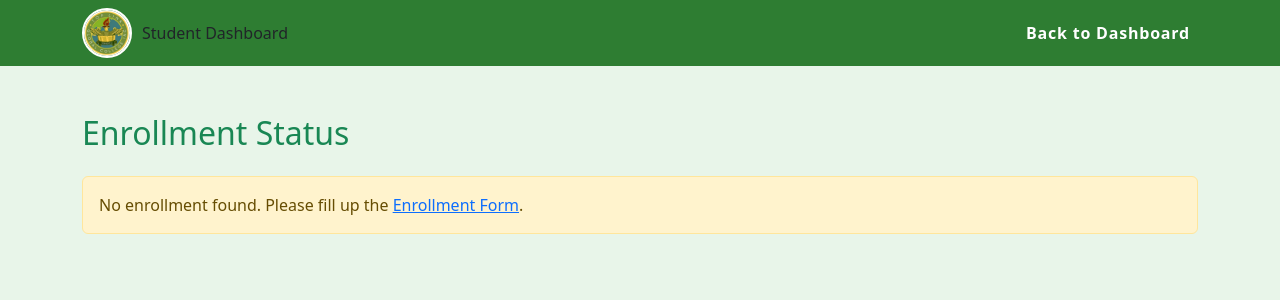
Repository: partymaker01/IT2C_Enrollment_System_SourceCode
Page: http://localhost/IT2C_Enrollment_System_SourceCode/student/MyEnrollAssignUpload/enrollment-status.php
The author's editor kept a copy of each file at every save. The page is drawn from the files as they stood at one save, then again after the next save.
The browser window is 1280 px wide. The pictures show the whole page.
The page is run by PHP 8.4 with error messages shown; the project is at /var/www/html/. Queries for data that is not in the repository find no rows.

Above is the page before, as saved 2025-06-01 23:07:39.

### student/MyEnrollAssignUpload/enrollment-status.php
<?php
session_start();
include '../../db.php';  // FIXED: correct path

$student_id = $_SESSION['student_id'] ?? 1;

$sql = "SELECT * FROM enrollments WHERE student_id = ? ORDER BY date_submitted DESC LIMIT 1";
$stmt = $conn->prepare($sql);
$stmt->bind_param("i", $student_id);
$stmt->execute();
$result = $stmt->get_result();
$enrollment = $result->fetch_assoc();
?>

<!DOCTYPE html>
<html lang="en">
<head>
  <meta charset="UTF-8" />
  <title>Enrollment Status</title>
  <meta name="viewport" content="width=device-width, initial-scale=1" />
  <link href="https://cdn.jsdelivr.net/npm/bootstrap@5.3.2/dist/css/bootstrap.min.css" rel="stylesheet" />
  <link rel="icon" href="favicon.ico" type="image/x-icon">
  <style>
    body {
      background-color: #e8f5e9;
    }
    .navbar {
      background-color: #2e7d32;
    }
    .navbar-brand, .nav-link {
      color: #fff !important;
      font-weight: 600;
      letter-spacing: 0.05em;
    }
    .nav-link:hover {
      color: #c8e6c9 !important;
    }
    .school-logo {
    width: 50px;
    height: 50px;
    object-fit: cover;
    border-radius: 50%;
    margin-right: 10px;
    border: 2px solid #fff;
}

    .badge-pending {
      background-color: #fbc02d;
      color: #000;
    }
    .badge-approved {
      background-color: #43a047;
      color: #fff;
    }
    .badge-rejected {
      background-color: #e53935;
      color: #fff;
    }
  </style>
</head>
<body>
<nav class="navbar navbar-expand-lg">
    <div class="container">
      <img src="/IT2C_Enrollment_System_SourceCode/picture/tlgc_pic.jpg" alt="School Logo" class="school-logo">
        Student Dashboard
      </a>
      <button class="navbar-toggler" type="button" data-bs-toggle="collapse" data-bs-target="#navbarNav"
        aria-controls="navbarNav" aria-expanded="false" aria-label="Toggle navigation">
        <span class="navbar-toggler-icon"></span>
      </button>
      <div class="collapse navbar-collapse" id="navbarNav">
        <ul class="navbar-nav ms-auto">
          <li class="nav-item">
            <a class="nav-link" href="/IT2C_Enrollment_System_SourceCode/student/student-dashboard.php">
              <i class="bi bi-arrow-left"></i> Back to Dashboard
            </a>
          </li>
        </ul>
      </div>
    </div>
  </nav>


<div class="container my-5">
  <h2 class="text-success mb-4">Enrollment Status</h2>

  <?php if ($enrollment): ?>
  <div class="card shadow-sm p-4">
    <div class="row mb-3">
      <div class="col-md-6"><strong>Program:</strong> <?= htmlspecialchars($enrollment['program']) ?></div>
      <div class="col-md-3"><strong>Year:</strong> <?= htmlspecialchars($enrollment['year']) ?></div>
      <div class="col-md-3"><strong>Semester:</strong> <?= htmlspecialchars($enrollment['semester']) ?></div>
    </div>
    <div class="row mb-3">
      <div class="col-md-6"><strong>Section:</strong> <?= htmlspecialchars($enrollment['section']) ?></div>
      <div class="col-md-6"><strong>Date Submitted:</strong> <?= date("F j, Y", strtotime($enrollment['date_submitted'])) ?></div>
    </div>
    <div class="mb-3">
      <strong>Status:</strong>
      <?php
        $status = strtolower($enrollment['status']);
        $badgeClass = match ($status) {
          'approved' => 'badge-approved',
          'pending' => 'badge-pending',
          'rejected' => 'badge-rejected',
          default => 'badge-secondary',
        };
      ?>
      <span class="badge <?= $badgeClass ?>">
        <?= htmlspecialchars($enrollment['status']) ?>
      </span>
    </div>

    <?php if ($status === 'approved'): ?>
      <a href="/IT2C_Enrollment_System_SourceCode/student/history&Profile/Enrollment History.php" class="btn btn-success">
        View / Print Enrollment Slip
      </a>
    <?php elseif ($status === 'rejected'): ?>
      <div class="alert alert-danger mt-3" role="alert">
        <strong>Reason:</strong> <?= htmlspecialchars($enrollment['rejection_reason']) ?>
      </div>
    <?php else: ?>
      <div class="alert alert-warning mt-3" role="alert">
        Your enrollment is still pending. Please wait for approval.
      </div>
    <?php endif; ?>
  </div>
  <?php else: ?>
    <div class="alert alert-warning mt-4" role="alert">
  No enrollment found. Please fill up the
  <a href="/IT2C_Enrollment_System_SourceCode/student/Enrollment/fill-up-enrollment-form.php">Enrollment Form</a>.
</div>

  <?php endif; ?>
</div>

<script src="https://cdn.jsdelivr.net/npm/bootstrap@5.3.2/dist/js/bootstrap.bundle.min.js"></script>
</body>
</html>

### db.php
<?php
$servername = "localhost";
$username = "root";
$password = "";
$database = "enrollment_system";

// Create connection
$conn = new mysqli($servername, $username, $password, $database);

// Check connection
if ($conn->connect_error) {
    die("Connection failed: " . $conn->connect_error);
}
?>

After the next save:
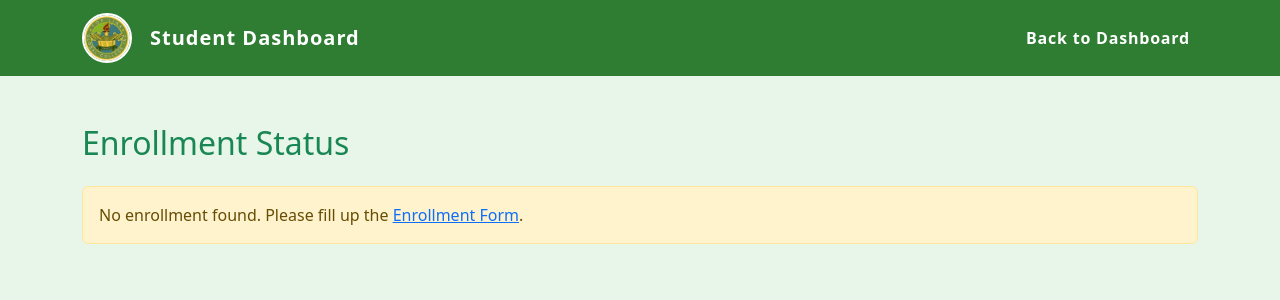
Saved 20 s later.
--- a/student/MyEnrollAssignUpload/enrollment-status.php
+++ b/student/MyEnrollAssignUpload/enrollment-status.php
@@ -60,25 +60,26 @@
 </head>
 <body>
 <nav class="navbar navbar-expand-lg">
-    <div class="container">
+  <div class="container">
+    <a class="navbar-brand d-flex align-items-center" href="/IT2C_Enrollment_System_SourceCode/student/student-dashboard.php">
       <img src="/IT2C_Enrollment_System_SourceCode/picture/tlgc_pic.jpg" alt="School Logo" class="school-logo">
-        Student Dashboard
-      </a>
-      <button class="navbar-toggler" type="button" data-bs-toggle="collapse" data-bs-target="#navbarNav"
-        aria-controls="navbarNav" aria-expanded="false" aria-label="Toggle navigation">
-        <span class="navbar-toggler-icon"></span>
-      </button>
-      <div class="collapse navbar-collapse" id="navbarNav">
-        <ul class="navbar-nav ms-auto">
-          <li class="nav-item">
-            <a class="nav-link" href="/IT2C_Enrollment_System_SourceCode/student/student-dashboard.php">
-              <i class="bi bi-arrow-left"></i> Back to Dashboard
-            </a>
-          </li>
-        </ul>
-      </div>
+      <span class="text-white ms-2">Student Dashboard</span>
+    </a>
+    <button class="navbar-toggler" type="button" data-bs-toggle="collapse" data-bs-target="#navbarNav"
+      aria-controls="navbarNav" aria-expanded="false" aria-label="Toggle navigation">
+      <span class="navbar-toggler-icon"></span>
+    </button>
+    <div class="collapse navbar-collapse" id="navbarNav">
+      <ul class="navbar-nav ms-auto">
+        <li class="nav-item">
+          <a class="nav-link" href="/IT2C_Enrollment_System_SourceCode/student/student-dashboard.php">
+            <i class="bi bi-arrow-left"></i> Back to Dashboard
+          </a>
+        </li>
+      </ul>
     </div>
-  </nav>
+  </div>
+</nav>
 
 
 <div class="container my-5">
